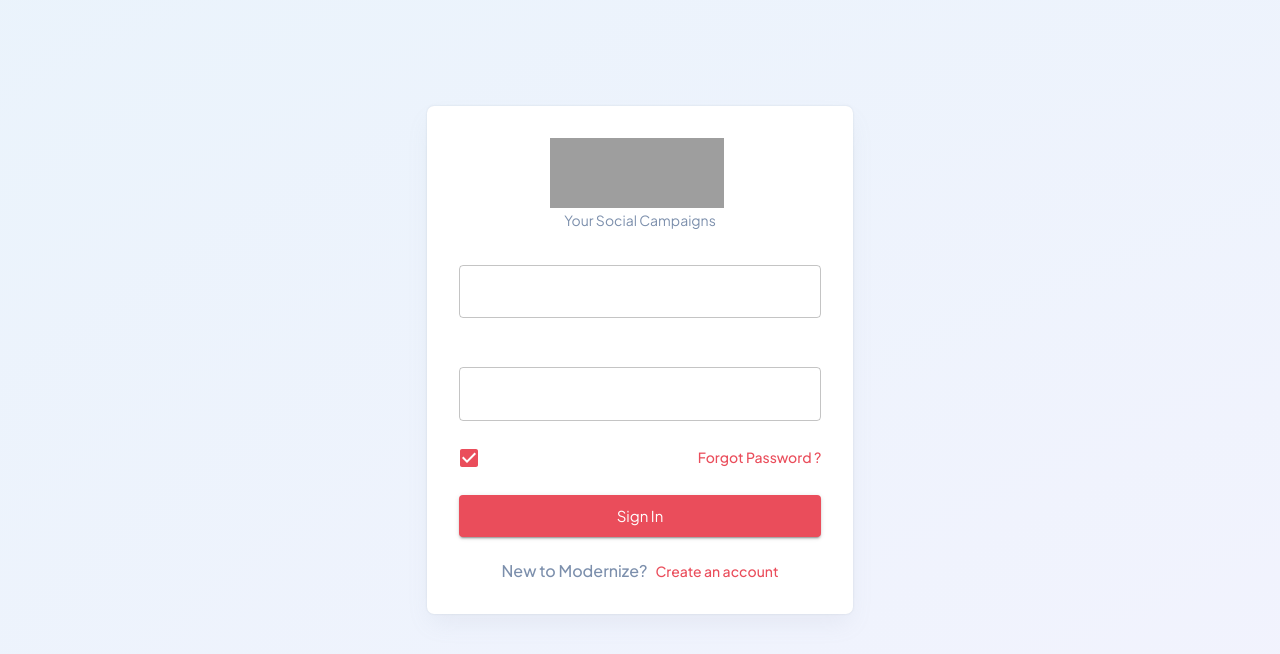
Repository: NoteDevil/adminpanel.dragon-games.com
Page: /authentication/login
The author's editor kept a copy of each file at every save. The page is drawn from the files as they stood at one save, then again after the next save.
The browser window is 1280 px wide. The pictures show the whole page.
Pictures or frames that could not be fetched are drawn as grey boxes. The project was rebuilt for these pictures with package versions that can differ from the ones it lists, and the page was loaded fresh each time. The framework's server and built-in components were replaced by stand-ins that run in the browser. Also part of the build but not shown: next.config.js.

Above is the page before, as saved 2024-09-12 21:38:45.

### src/app/authentication/login/page.tsx
"use client";
import Link from "next/link";
import { Grid, Box, Card, Stack, Typography } from "@mui/material";
// components
import PageContainer from "@/app/(DashboardLayout)/components/container/PageContainer";
import Logo from "@/app/(DashboardLayout)/layout/shared/logo/Logo";
import AuthLogin from "../auth/AuthLogin";

const Login2 = () => {
  return (
    <PageContainer title="Login" description="this is Login page">
      <Box
        sx={{
          position: "relative",
          "&:before": {
            content: '""',
            background: "radial-gradient(#d2f1df, #d3d7fa, #bad8f4)",
            backgroundSize: "400% 400%",
            animation: "gradient 15s ease infinite",
            position: "absolute",
            height: "100%",
            width: "100%",
            opacity: "0.3",
          },
        }}
      >
        <Grid
          container
          spacing={0}
          justifyContent="center"
          sx={{ height: "100vh" }}
        >
          <Grid
            item
            xs={12}
            sm={12}
            lg={4}
            xl={3}
            display="flex"
            justifyContent="center"
            alignItems="center"
          >
            <Card
              elevation={9}
              sx={{ p: 4, zIndex: 1, width: "100%", maxWidth: "500px" }}
            >
              <Box display="flex" alignItems="center" justifyContent="center">
                <Logo />
              </Box>
              <AuthLogin
                subtext={
                  <Typography
                    variant="subtitle1"
                    textAlign="center"
                    color="textSecondary"
                    mb={1}
                  >
                    Your Social Campaigns
                  </Typography>
                }
                subtitle={
                  <Stack
                    direction="row"
                    spacing={1}
                    justifyContent="center"
                    mt={3}
                  >
                    <Typography
                      color="textSecondary"
                      variant="h6"
                      fontWeight="500"
                    >
                      New to Modernize?
                    </Typography>
                    <Typography
                      component={Link}
                      href="/authentication/register"
                      fontWeight="500"
                      sx={{
                        textDecoration: "none",
                        color: "primary.main",
                      }}
                    >
                      Create an account
                    </Typography>
                  </Stack>
                }
              />
            </Card>
          </Grid>
        </Grid>
      </Box>
    </PageContainer>
  );
};
export default Login2;

### src/utils/theme/DefaultColors.tsx
import { createTheme } from "@mui/material/styles";
import { Plus_Jakarta_Sans } from "next/font/google";

export const plus = Plus_Jakarta_Sans({
  weight: ["300", "400", "500", "600", "700"],
  subsets: ["latin"],
  display: "swap",
  fallback: ["Helvetica", "Arial", "sans-serif"],
});

const baselightTheme = createTheme({
  direction: "ltr",
  palette: {
    primary: {
      main: "#EA4D5B",
      light: "#1F2235",
      dark: "#4570EA",
    },
    secondary: {
      main: "#49BEFF",
      light: "#E8F7FF",
      dark: "#23afdb",
    },
    success: {
      main: "#13DEB9",
      light: "#E6FFFA",
      dark: "#02b3a9",
      contrastText: "#EA4D5B",
    },
    info: {
      main: "#539BFF",
      light: "#EBF3FE",
      dark: "#1682d4",
      contrastText: "#EA4D5B",
    },
    error: {
      main: "#FA896B",
      light: "#FDEDE8",
      dark: "#f3704d",
      contrastText: "#EA4D5B",
    },
    warning: {
      main: "#FFAE1F",
      light: "#FEF5E5",
      dark: "#ae8e59",
      contrastText: "#EA4D5B",
    },
    grey: {
      100: "#F2F6FA",
      200: "#EAEFF4",
      300: "#DFE5EF",
      400: "#7C8FAC",
      500: "#5A6A85",
      600: "#2A3547",
    },
    text: {
      primary: "#FFFFFF",
      secondary: "#7C8FAC",
    },
    action: {
      disabledBackground: "rgba(73,82,88,0.12)",
      hoverOpacity: 0.02,
      hover: "#f6f9fc",
    },
    divider: "#e5eaef",
  },
  typography: {
    fontFamily: plus.style.fontFamily,
    h1: {
      fontWeight: 600,
      fontSize: "2.25rem",
      lineHeight: "2.75rem",
      fontFamily: plus.style.fontFamily,
    },
    h2: {
      fontWeight: 600,
      fontSize: "1.875rem",
      lineHeight: "2.25rem",
      fontFamily: plus.style.fontFamily,
    },
    h3: {
      fontWeight: 600,
      fontSize: "1.5rem",
      lineHeight: "1.75rem",
      fontFamily: plus.style.fontFamily,
    },
    h4: {
      fontWeight: 600,
      fontSize: "1.3125rem",
      lineHeight: "1.6rem",
    },
    h5: {
      fontWeight: 600,
      fontSize: "1.125rem",
      lineHeight: "1.6rem",
    },
    h6: {
      fontWeight: 600,
      fontSize: "1rem",
      lineHeight: "1.2rem",
    },
    button: {
      textTransform: "capitalize",
      fontWeight: 400,
    },
    body1: {
      fontSize: "0.875rem",
      fontWeight: 400,
      lineHeight: "1.334rem",
    },
    body2: {
      fontSize: "0.75rem",
      letterSpacing: "0rem",
      fontWeight: 400,
      lineHeight: "1rem",
    },
    subtitle1: {
      fontSize: "0.875rem",
      fontWeight: 400,
    },
    subtitle2: {
      fontSize: "0.875rem",
      fontWeight: 400,
    },
  },
  components: {
    MuiCssBaseline: {
      styleOverrides: {
        ".MuiPaper-elevation9, .MuiPopover-root .MuiPaper-elevation": {
          boxShadow:
            "rgb(145 158 171 / 30%) 0px 0px 2px 0px, rgb(145 158 171 / 12%) 0px 12px 24px -4px !important",
        },
      },
    },
    MuiCard: {
      styleOverrides: {
        root: {
          borderRadius: "7px",
        },
      },
    },
  },
});

export { baselightTheme };

### src/app/authentication/auth/AuthLogin.tsx
import React from "react";
import {
  Box,
  Typography,
  FormGroup,
  FormControlLabel,
  Button,
  Stack,
  Checkbox,
} from "@mui/material";
import Link from "next/link";

import CustomTextField from "@/app/(DashboardLayout)/components/forms/theme-elements/CustomTextField";

interface loginType {
  title?: string;
  subtitle?: JSX.Element | JSX.Element[];
  subtext?: JSX.Element | JSX.Element[];
}

const AuthLogin = ({ title, subtitle, subtext }: loginType) => (
  <>
    {title ? (
      <Typography fontWeight="700" variant="h2" mb={1}>
        {title}
      </Typography>
    ) : null}

    {subtext}

    <Stack>
      <Box>
        <Typography
          variant="subtitle1"
          fontWeight={600}
          component="label"
          htmlFor="username"
          mb="5px"
        >
          Username
        </Typography>
        <CustomTextField variant="outlined" fullWidth />
      </Box>
      <Box mt="25px">
        <Typography
          variant="subtitle1"
          fontWeight={600}
          component="label"
          htmlFor="password"
          mb="5px"
        >
          Password
        </Typography>
        <CustomTextField type="password" variant="outlined" fullWidth />
      </Box>
      <Stack
        justifyContent="space-between"
        direction="row"
        alignItems="center"
        my={2}
      >
        <FormGroup>
          <FormControlLabel
            control={<Checkbox defaultChecked />}
            label="Remeber this Device"
          />
        </FormGroup>
        <Typography
          component={Link}
          href="/"
          fontWeight="500"
          sx={{
            textDecoration: "none",
            color: "primary.main",
          }}
        >
          Forgot Password ?
        </Typography>
      </Stack>
    </Stack>
    <Box>
      <Button
        color="primary"
        variant="contained"
        size="large"
        fullWidth
        component={Link}
        href="/"
        type="submit"
      >
        Sign In
      </Button>
    </Box>
    {subtitle}
  </>
);

export default AuthLogin;

Loaded but not shown: src/app/layout.tsx (common file); src/app/(DashboardLayout)/components/container/PageContainer.tsx (common file); src/app/(DashboardLayout)/layout/shared/logo/Logo.tsx (common file); src/app/(DashboardLayout)/components/forms/theme-elements/CustomTextField.tsx (common file)

After the next save:
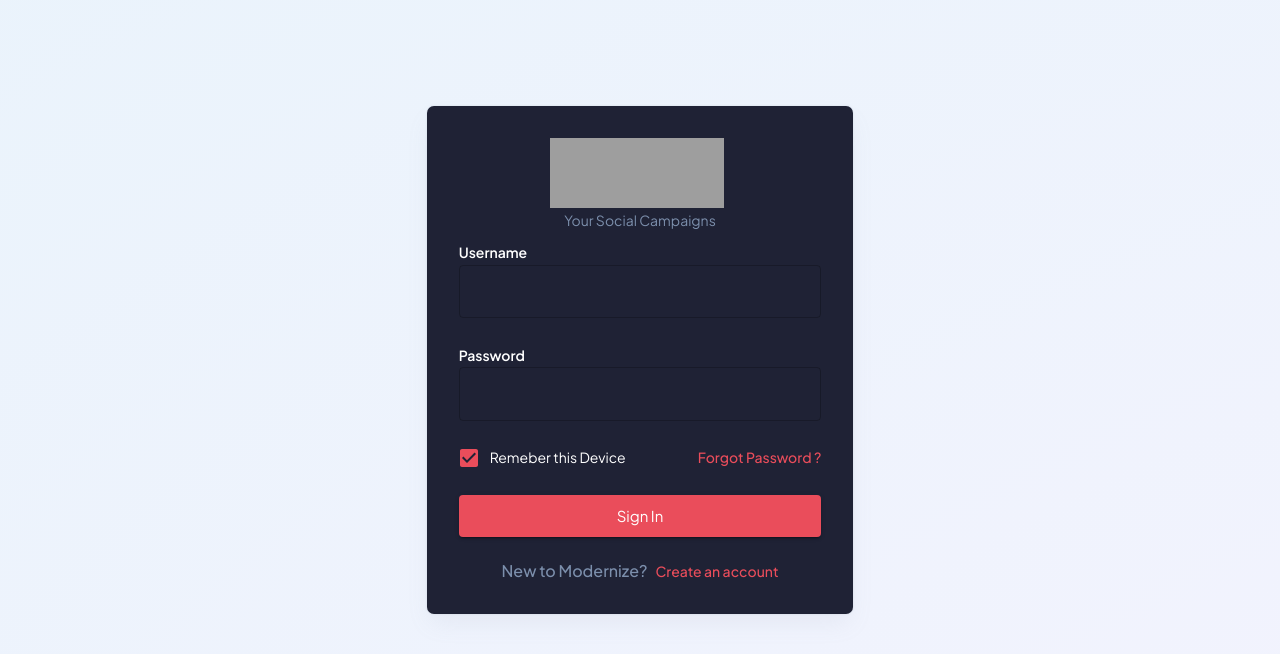
Saved 85 s later.
--- a/src/utils/theme/DefaultColors.tsx
+++ b/src/utils/theme/DefaultColors.tsx
@@ -11,6 +11,9 @@ export const plus = Plus_Jakarta_Sans({
 const baselightTheme = createTheme({
   direction: "ltr",
   palette: {
+    background: {
+      paper: "#1F2235",
+    },
     primary: {
       main: "#EA4D5B",
       light: "#1F2235",
